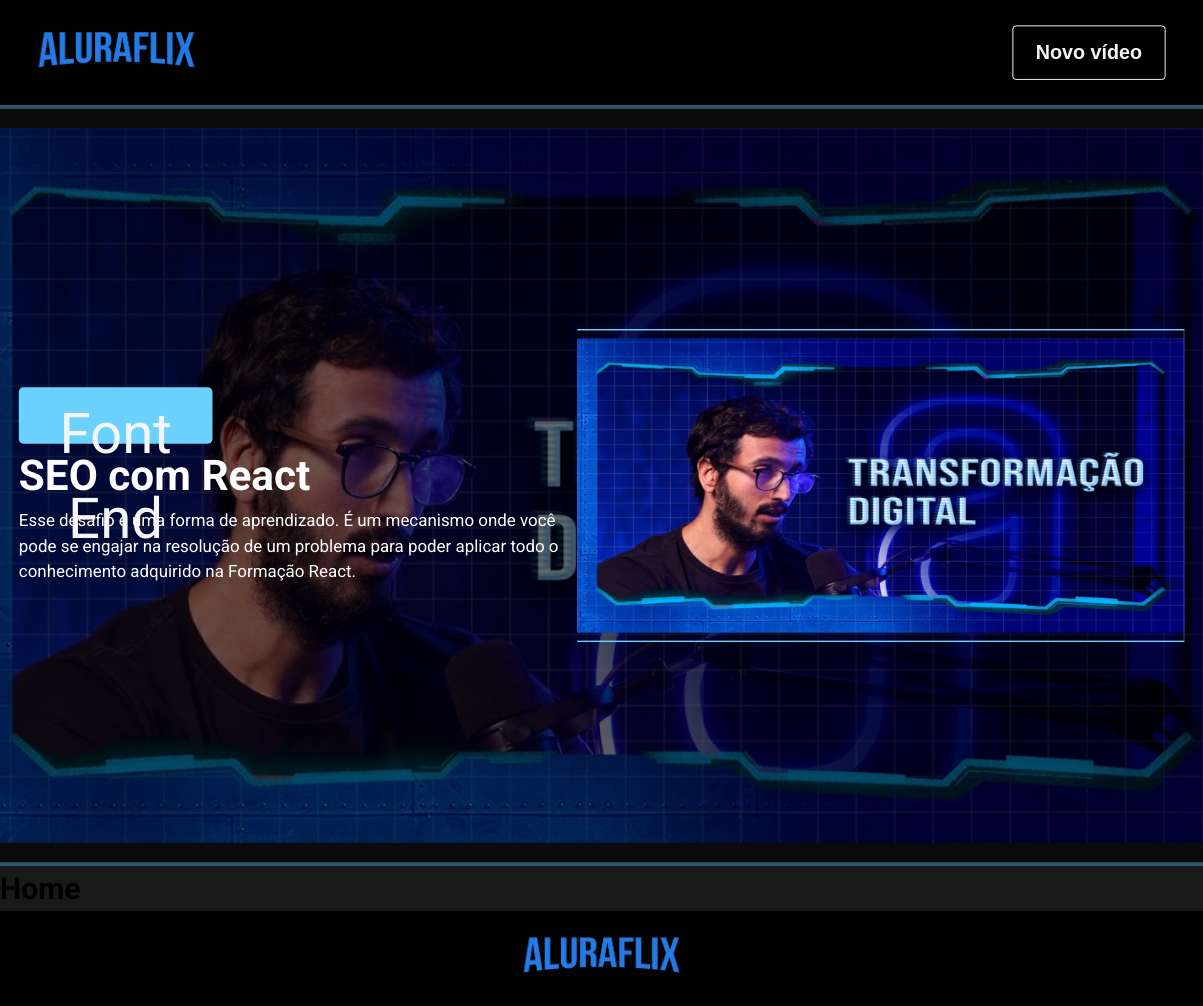
Repository: CarlosEduardoVdeOliveira/aluraflix
Page: /
These files come from the project's save history. The page is drawn as it stood at one moment and after the next save; the edit follows.
The browser window is 1280 px wide. The pictures show the whole page, at 94% of full size.
The project was rebuilt for these pictures with package versions that can differ from the ones it lists, and the page was loaded fresh each time. Also part of the build but not shown: vite.config.js, src/pages/RegisterVideo/index.jsx, src/pages/RegisterCategory/index.jsx.

Above is the page before, as saved 2023-09-20 13:46:28.

After the next save:
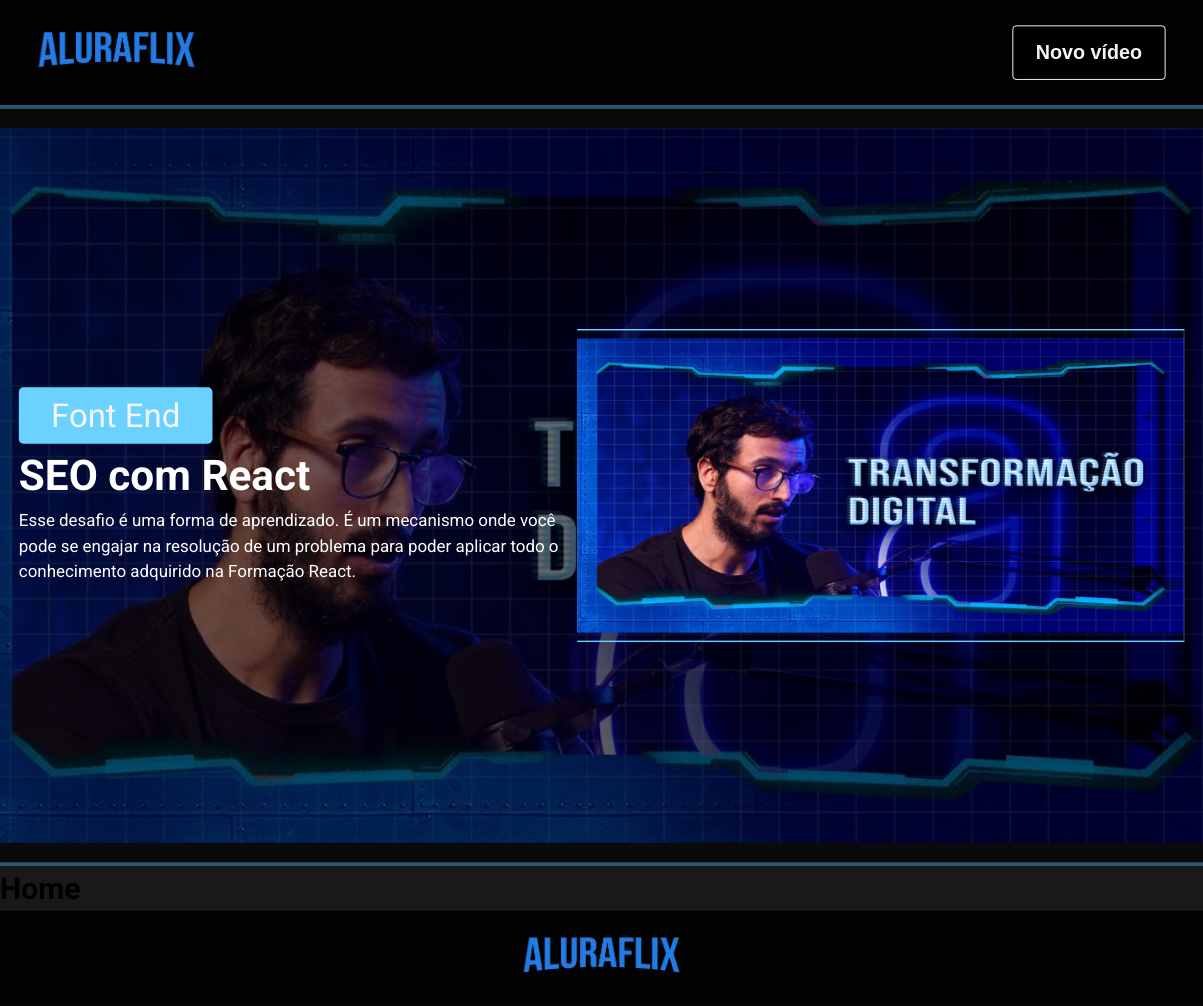
Saved 25 s later.
--- a/src/components/TitleCategory/TitleCategory.module.css
+++ b/src/components/TitleCategory/TitleCategory.module.css
@@ -4,5 +4,5 @@
   padding: 5px;
   text-align: center;
   border-radius: 5px;
-  font-size: 60px;
+  font-size: 35px;
 }
